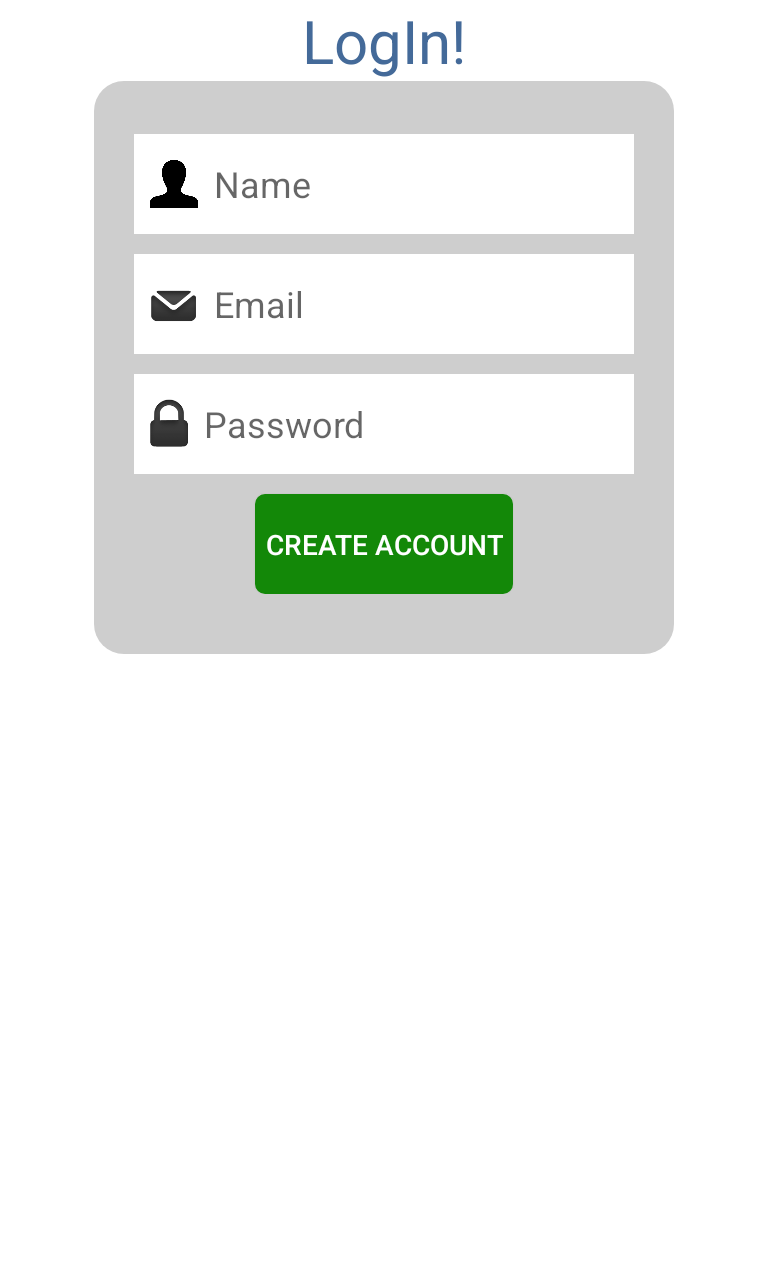
Repository: ag-chirag/brainwaves_enigma
Layout: mobile/Brainwaves/QLess/res/layout/signup.xml
An editor plug-in stored every save of this project. The layout is shown before and after the next save, followed by the edit.
It is drawn on a 768 x 1280 px phone screen (xhdpi) without system bars, with theme AppTheme; the app's code is not run.

Above is the layout before, as saved 2014-11-08 13:06:58.

### mobile/Brainwaves/QLess/res/layout/signup.xml
<RelativeLayout xmlns:android="http://schemas.android.com/apk/res/android"
    xmlns:tools="http://schemas.android.com/tools"
    android:id="@+id/container"
    android:layout_width="match_parent"
    android:layout_height="match_parent"
    android:background="@color/white"
    android:screenOrientation="portrait"
    tools:context="com.zootr.matchup.MainActivity"
    tools:ignore="MergeRootFrame" >

    <TextView
        android:id="@+id/signup_head"
        android:layout_width="wrap_content"
        android:layout_height="wrap_content"
        android:layout_centerHorizontal="true"
        android:text="@string/signup_heading"
        android:textColor="@color/blue"
        android:textSize="30sp" />

    <RelativeLayout
        android:id="@+id/signup_box"
        android:layout_width="wrap_content"
        android:layout_height="wrap_content"
        android:layout_below="@id/signup_head"
        android:layout_centerHorizontal="true"
        android:layout_centerVertical="true"
        android:background="@drawable/round_login" >

        <TextView
            android:id="@+id/error"
            android:layout_width="wrap_content"
            android:layout_height="wrap_content"
            android:layout_centerHorizontal="true"
            android:textColor="@color/red"
            android:textSize="12sp" />

        <RelativeLayout
            android:id="@+id/name_parent"
            android:layout_width="wrap_content"
            android:layout_height="50dp"
            android:layout_below="@+id/error"
            android:background="@color/white" >

            <ImageView
                android:id="@+id/name_icon"
                android:layout_width="30dp"
                android:layout_height="40dp"
                android:layout_marginLeft="5dp"
                android:layout_marginTop="5dp"
                android:contentDescription="@string/app_name"
                android:scaleType="fitCenter"
                android:src="@drawable/name" />

            <EditText
                android:id="@+id/name"
                android:layout_width="210dp"
                android:layout_height="50dp"
                android:layout_marginLeft="5dp"
                android:layout_marginTop="0dp"
                android:layout_toRightOf="@id/name_icon"
                android:background="@drawable/edit_text_design"
                android:hint="@string/name"
                android:inputType="textEmailAddress" />
        </RelativeLayout>

        <RelativeLayout
            android:id="@+id/envelope_parent"
            android:layout_width="wrap_content"
            android:layout_height="50dp"
            android:layout_below="@+id/name_parent"
            android:layout_marginTop="10dp"
            android:background="@color/white" >

            <ImageView
                android:id="@+id/envelope"
                android:layout_width="30dp"
                android:layout_height="40dp"
                android:layout_marginLeft="5dp"
                android:layout_marginTop="5dp"
                android:contentDescription="@string/app_name"
                android:scaleType="fitCenter"
                android:src="@drawable/envelope3" />

            <EditText
                android:id="@+id/email_address_signup"
                android:layout_width="210dp"
                android:layout_height="50dp"
                android:layout_marginLeft="5dp"
                android:layout_marginTop="0dp"
                android:layout_toRightOf="@id/envelope"
                android:background="@drawable/edit_text_design"
                android:hint="@string/email_hint"
                android:inputType="textEmailAddress" />
        </RelativeLayout>

        <RelativeLayout
            android:id="@+id/lock_parent"
            android:layout_width="wrap_content"
            android:layout_height="50dp"
            android:layout_below="@+id/envelope_parent"
            android:layout_marginTop="10dp"
            android:background="@color/white" >

            <ImageView
                android:id="@+id/lock"
                android:layout_width="35dp"
                android:layout_height="30dp"
                android:layout_centerVertical="true"
                android:contentDescription="@string/app_name"
                android:scaleType="fitCenter"
                android:src="@drawable/lock" />

            <EditText
                android:id="@+id/password_signup"
                android:layout_width="215dp"
                android:layout_height="50dp"
                android:layout_centerHorizontal="true"
                android:layout_centerVertical="true"
                android:layout_marginBottom="10dp"
                android:layout_toRightOf="@id/lock"
                android:background="@drawable/edit_text_design"
                android:hint="@string/pwd_hint"
                android:inputType="textPassword" />
        </RelativeLayout>

        <Button
            android:id="@+id/crt_accnt"
            android:layout_width="wrap_content"
            android:layout_height="50dp"
            android:layout_below="@+id/lock_parent"
            android:layout_centerHorizontal="true"
            android:layout_marginLeft="10dp"
            android:layout_marginTop="10dp"
            android:background="@drawable/round_login_button"
            android:onClick="send_signup_data"
            android:text="@string/accnt"
            android:textColor="@color/white" />
    </RelativeLayout>

    <RelativeLayout
        android:id="@+id/waiting"
        android:layout_width="fill_parent"
        android:layout_height="fill_parent"
        android:layout_gravity="center_horizontal"
        android:background="@color/splash_bg"
        android:gravity="center_horizontal"
        android:orientation="vertical"
        android:visibility="gone"
        android:weightSum="1" >

        <ImageView
            android:id="@+id/logo"
            android:layout_width="fill_parent"
            android:layout_height="fill_parent"
            android:layout_centerHorizontal="true"
            android:layout_centerVertical="true"
            android:contentDescription="@string/todo"
            android:scaleType="centerCrop"
            android:src="@drawable/name" />

        <TextView
            android:layout_width="wrap_content"
            android:layout_height="wrap_content"
            android:layout_centerHorizontal="true"
            android:layout_marginTop="30dp"
            android:text="Logging in..."
            android:textColor="@color/white"
            android:textSize="20sp" />
    </RelativeLayout>

</RelativeLayout>

### mobile/Brainwaves/QLess/res/values/color.xml
<?xml version="1.0" encoding="utf-8"?>
<resources>

    <color name="blue">#446a99</color>
    <color name="red">#FF0000</color>
    <color name="black">#000000</color>
    <color name="green">#138808</color>
    <color name="bar">#ff0000</color>
    <color name="white">#fff</color>
    <color name="gray">#eeeeee</color>
    <color name="grey">	#CECECE</color>
    <color name="splash_bg">#eb5115</color>
        <color name="disable">#ccc</color>

    <color name="light_gray">#eeeeee</color>
    <color name="dark_gray">#424244</color>
    <color name="sirius_black">#000000</color>
    <color name="app_color">#ff8033</color>
    <color name="dashboard_bar">#ff8033</color>
    <color name="fixture_title">#000000</color>
    <color name="fixture_teams">#000</color>
    <color name="fixture_status">#000</color>
    <color name="score">#000</color>
    <color name="bar_sel">#ffa233</color>
    <color name="transparent_100">#FF000000</color>
    <color name="transparent_95">#F2000000</color>
    <color name="transparent_90">#E6000000</color>
    <color name="transparent_85">#D9000000</color>
    <color name="transparent_80">#CC000000</color>
    <color name="transparent_75">#BF000000</color>
    <color name="transparent_70">#B3000000</color>
    <color name="transparent_65">#A6000000</color>
    <color name="transparent_60">#99000000</color>
    <color name="transparent_55">#8C000000</color>
    <color name="transparent_50">#80000000</color>
    <color name="transparent_45">#73000000</color>
    <color name="transparent_40">#66000000</color>
    <color name="transparent_35">#59000000</color>
    <color name="transparent_30">#4D000000</color>
    <color name="transparent_25">#40000000</color>
    <color name="transparent_20">#33000000</color>
    <color name="transparent_15">#26000000</color>
    <color name="transparent_10">#1A000000</color>
    <color name="transparent_">#0D000000</color>
    <color name="transparent_0">#00000000</color>
    <color name="dashboard_bg">#eeeeee</color>
    <color name="circle_dashbord_count">#333333</color>
    <color name="live">#cc1111</color>
    <color name="no_matches_sel">#424244</color>
    <color name="no_matches_def">#333333</color>
    <color name="no_matches">#999999</color>
    <color name="bar_header">#2f74a7</color>
    <color name="chart_won">#2f74a7</color>
    <color name="chart_lost">#cc1111</color>
    <color name="chart_tie">#e04a3b</color>
    <color name="achievement">#3d96d8</color>
    <color name="player_name_solo">#ed5114</color>
    <color name="hrr">#333333</color>
    <color name="h_h_header">#666666</color>
    <color name="h_h_text">#333333</color>
    <color name="app_green">#779f38</color>
        <color name="transparent_50_app_color">#80ff8033</color>

</resources>

### mobile/Brainwaves/QLess/res/values/string.xml
<?xml version="1.0" encoding="utf-8"?>
<resources>

    <string name="base_url">http://brainwave.byethost11.com/</string>
    <string name="live_score_url"></string>
    <string name="get_match_leaderboard_url">c</string>
	<string name="app_name">QLess</string>
    <string name="todo">TODO</string>
    <string name="signup_url"></string>
    <string name="login_url"></string>
    <string name="email_hint">Email</string>
    <string name="pwd_hint">Password</string>
    <string name="btn_name">Login</string>
    <string name="signup">Signup</string>
    <string name="accnt">Create Account</string>
    <string name="name">Name</string>
    <string name="signup_heading">LogIn!</string>
    <string name="notification">Push Notifications</string>
</resources>

### mobile/Brainwaves/QLess/res/drawable/round_login.xml
<?xml version="1.0" encoding="UTF-8"?>
<shape xmlns:android="http://schemas.android.com/apk/res/android"  android:shape="rectangle">

    <corners android:radius="15dp" />

    <stroke
        android:width="0dip"
        android:color="@color/grey" />

    <solid android:color="@color/grey" />

    <padding
        android:bottom="30dip"
        android:left="20dip"
        android:right="20dip"
        android:top="10dip" />

</shape>

### mobile/Brainwaves/QLess/res/drawable/edit_text_design.xml
<?xml version="1.0" encoding="utf-8"?>
  <layer-list xmlns:android="http://schemas.android.com/apk/res/android" >

<item>
    <shape>
        <solid android:color="#c2c2c2" />
    </shape>
</item>

<!-- main color -->
<item>
    <shape>
        <solid android:color="#ffffff" />
    </shape>
</item>

<!-- draw another block to cut-off the left and right bars -->
<item>
    <shape>
        <solid android:color="#ffffff" />
    </shape>
</item>

</layer-list>

### mobile/Brainwaves/QLess/res/drawable/round_login_button.xml
<?xml version="1.0" encoding="UTF-8"?>
<shape xmlns:android="http://schemas.android.com/apk/res/android"  android:shape="rectangle">

    <corners android:radius="5dp" />

    <stroke
        android:width="0dip"
        android:color="@color/green" />

    <solid android:color="@color/green" />

    <padding
        android:bottom="5dip"
        android:left="5dip"
        android:right="5dip"
        android:top="5dip" />
</shape>

Loaded but not shown: mobile/Brainwaves/QLess/res/values/styles.xml (common file); mobile/Brainwaves/QLess/res/values-v11/styles.xml (common file); mobile/Brainwaves/QLess/res/values-v14/styles.xml (common file)

After the next save:
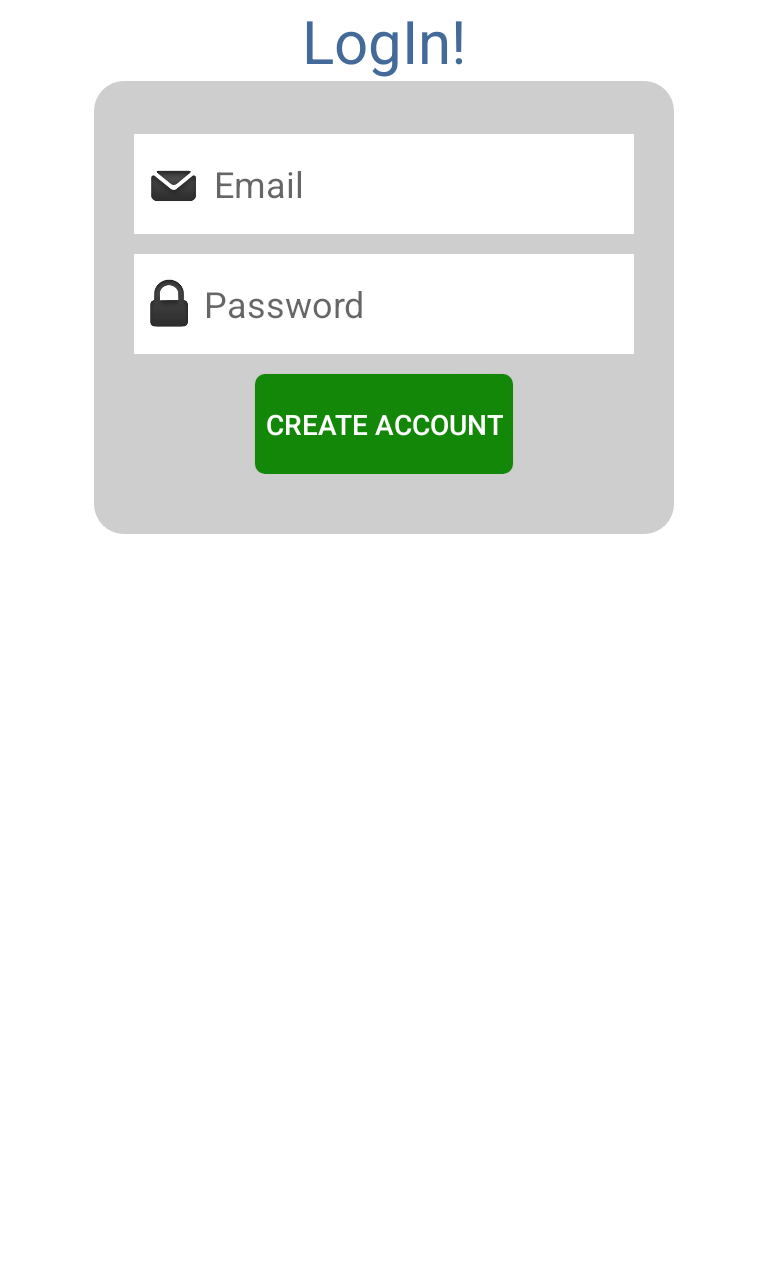
Saved 2 min 45 s later.
--- a/mobile/Brainwaves/QLess/res/layout/signup.xml
+++ b/mobile/Brainwaves/QLess/res/layout/signup.xml
@@ -67,8 +67,7 @@
             android:id="@+id/envelope_parent"
             android:layout_width="wrap_content"
             android:layout_height="50dp"
-            android:layout_below="@+id/name_parent"
-            android:layout_marginTop="10dp"
+            android:layout_below="@+id/error"
             android:background="@color/white" >
 
             <ImageView
